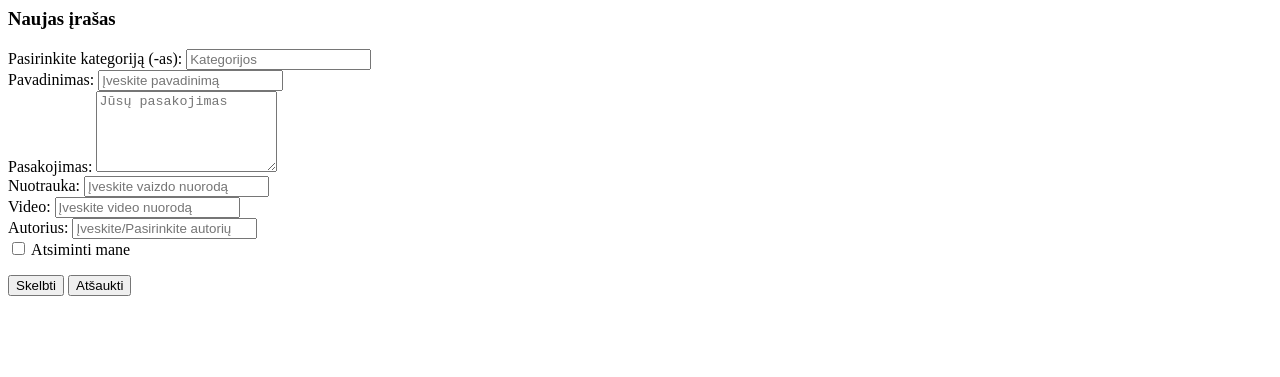
Repository: Skaidrius/Blogas
Page: templates/newpost.html
The author's editor kept a record of every edit. The page is drawn from the files as they stood at one moment, then again after the next edit.
The browser window is 1280 px wide. The pictures show the whole page.

Above is the page before.

### templates/newpost.html
<div class="modal-header">
    <h3 class="modal-title">Naujas įrašas</h3>
    <form class="modal-body" role="form">
        <div class="form-group">
            <label for="category">Pasirinkite kategoriją (-as):</label>
            <input type="text" class="form-control" id="category" placeholder="Kategorijos">
        </div>
        <div class="form-group">
            <label for="title">Pavadinimas:</label>
            <input type="text" class="form-control" id="title" placeholder="Įveskite pavadinimą">
        </div>
        <div class="form-group">
            <label for="tale">Pasakojimas:</label>
            <textarea class="form-control" rows="5" id="tale" placeholder="Jūsų pasakojimas"></textarea>
        </div>
        <div class="form-group">
            <label for="photolink">Nuotrauka:</label>
            <input type="text" class="form-control" id="photolink" placeholder="Įveskite vaizdo nuorodą">
        </div>
        <div class="form-group">
            <label for="videolink">Video:</label>
            <input type="text" class="form-control" id="videolink" placeholder="Įveskite video nuorodą">
        </div>
        <div class="form-group">
            <label for="author">Autorius:</label>
            <input type="text" class="form-control" id="author" placeholder="Įveskite/Pasirinkite autorių">
        </div>
        <div class="checkbox">
            <label><input type="checkbox"> Atsiminti mane</label>
        </div>
    </form>
    <div class="modal-footer">
        <button type="submit" class="btn btn-primary" ng-click="ok()">Skelbti</button>
        <button class="btn btn-warning" ng-click="cancel()">Atšaukti</button>
    </div>
</div>

After the next edit:
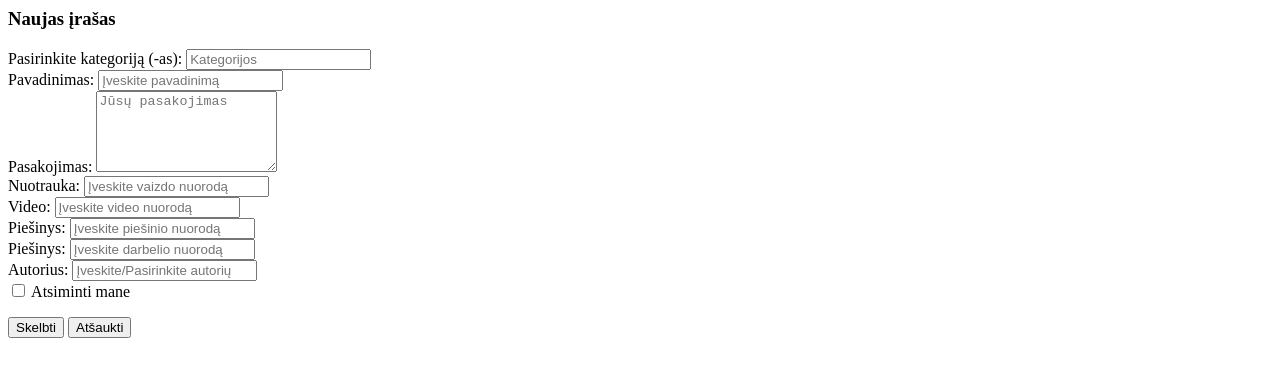
The edit:
--- a/templates/newpost.html
+++ b/templates/newpost.html
@@ -22,6 +22,14 @@
             <input type="text" class="form-control" id="videolink" placeholder="Įveskite video nuorodą">
         </div>
         <div class="form-group">
+            <label for="artlink">Piešinys:</label>
+            <input type="text" class="form-control" id="artlink" placeholder="Įveskite piešinio nuorodą">
+        </div>
+        <div class="form-group">
+            <label for="creationlink">Piešinys:</label>
+            <input type="text" class="form-control" id="creationlink" placeholder="Įveskite darbelio nuorodą">
+        </div>
+        <div class="form-group">
             <label for="author">Autorius:</label>
             <input type="text" class="form-control" id="author" placeholder="Įveskite/Pasirinkite autorių">
         </div>
